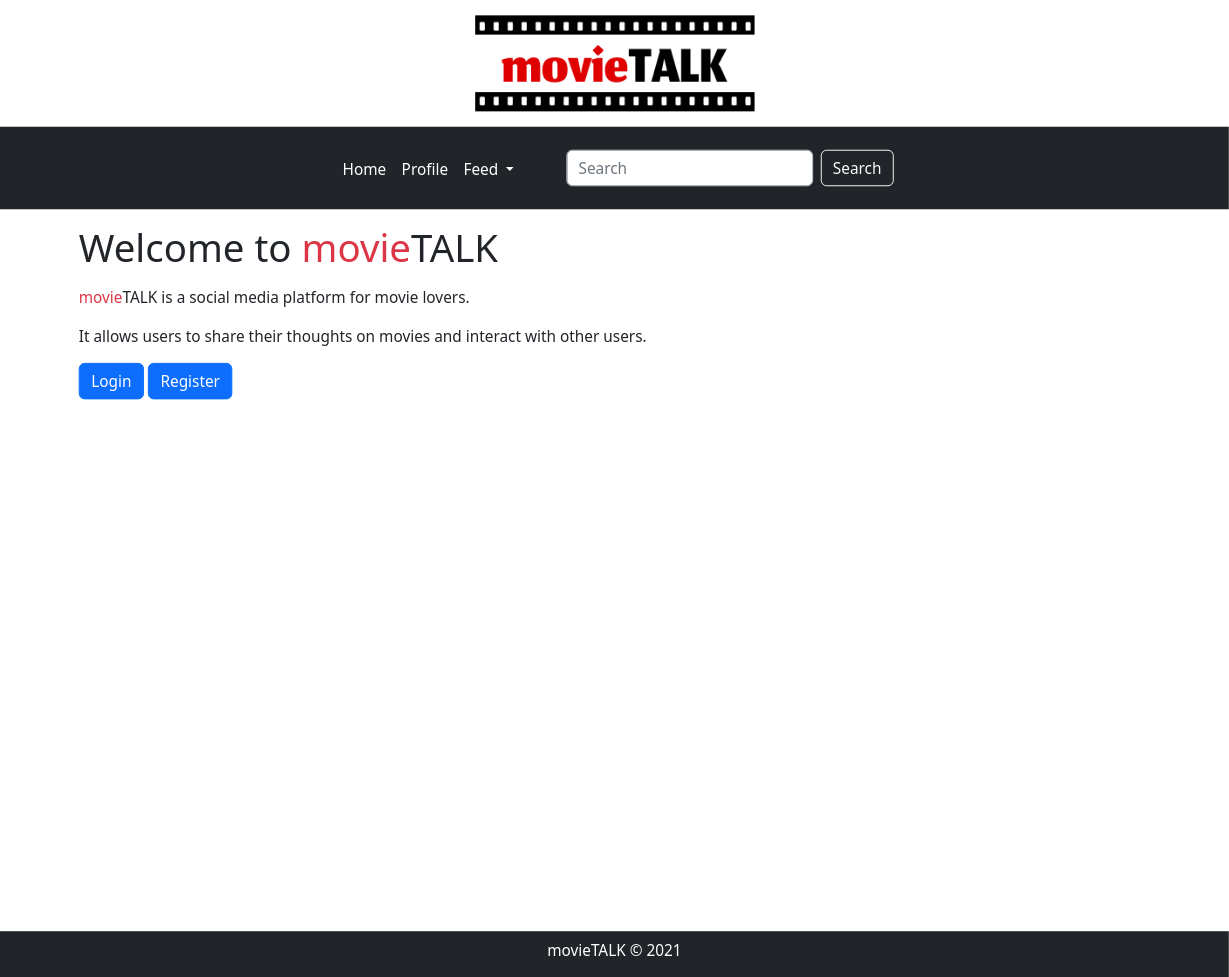
Repository: runeunhjem/css-frameworks-ca
Page: index.html
These files come from the project's save history. The page is drawn as it stood at one moment and after a run of saves; the edit follows.
The browser window is 1280 px wide. The pictures show the whole page, at 96% of full size.
Some web libraries are served in a nearby version. The style sheet was rebuilt from its Sass, Less or Tailwind sources for each picture, by a compiler version that may differ from the author's.

Above is the page before, as saved 2023-08-24 15:42:52.

After the next 2 saves:
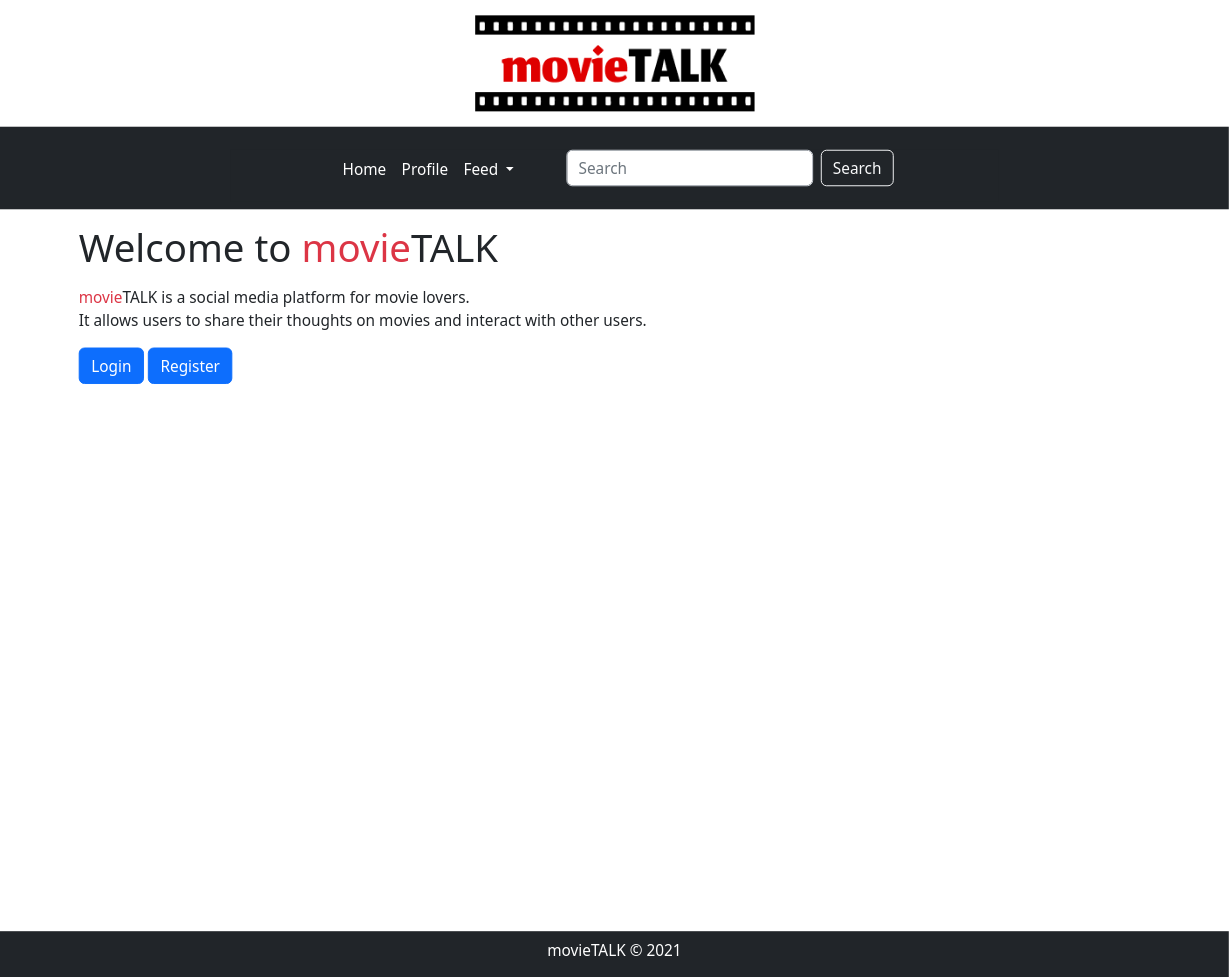
The 2 saves are shown as one change because they came seconds apart.
The last was saved 8 s later.
--- a/index.html
+++ b/index.html
@@ -65,7 +65,7 @@
     <div class="row">
       <div class="col">
         <h1>Welcome to <span class="text-danger">movie</span>TALK</h1>
-        <p class="mt-3"><span class="text-danger">movie</span>TALK is a social media platform for movie lovers.</p>
+        <p class="mt-3 mb-0"><span class="text-danger">movie</span>TALK is a social media platform for movie lovers.</p>
         <p class="mt-0">It allows users to share their thoughts on movies and interact with other users.</p>
         <a href="login.php" class="btn btn-primary">Login</a>
         <a href="register.php" class="btn btn-primary">Register</a>
